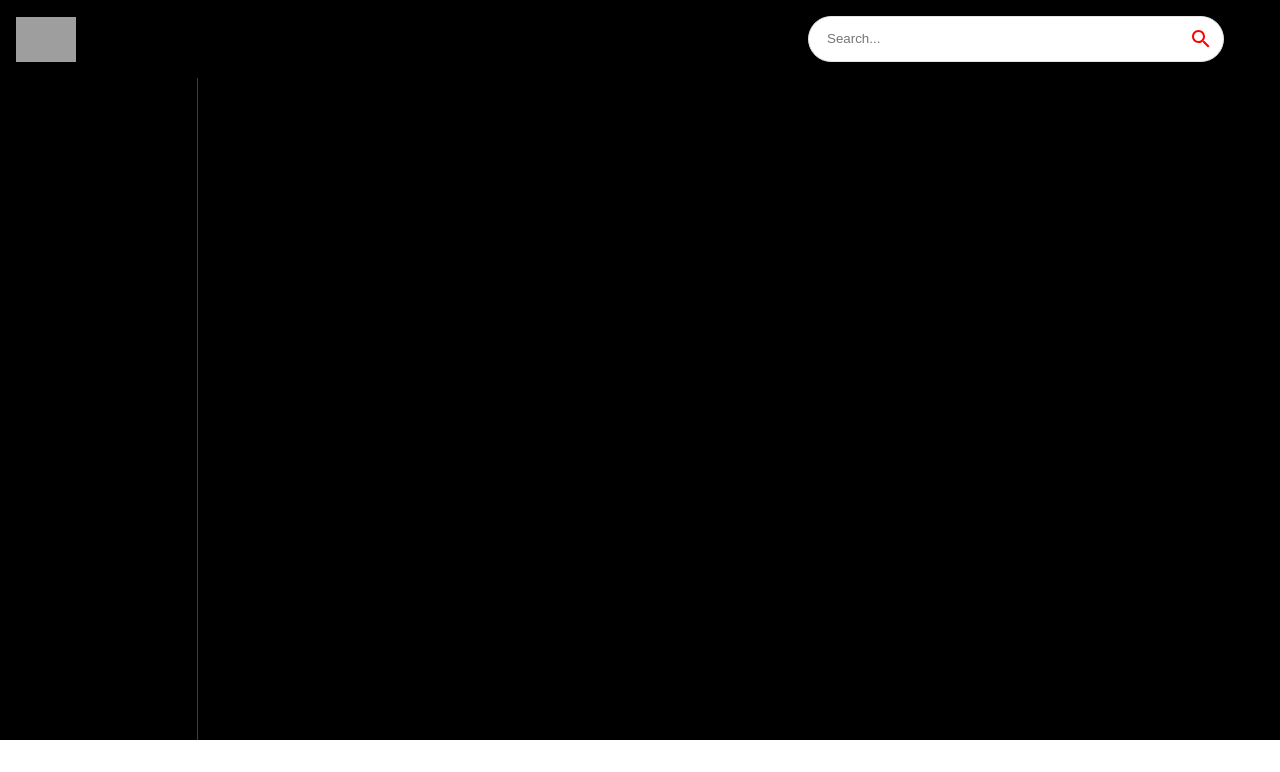
Repository: hieuhieu10/youtube_clone
Page: /
These files come from the project's save history. The page is drawn as it stood at one moment and after the next save; the edit follows.
The browser window is 1280 px wide. The pictures show the whole page.
Pictures or frames that could not be fetched are drawn as grey boxes. The project was rebuilt for these pictures with package versions that can differ from the ones it lists, and the page was loaded fresh each time. Also part of the build but not shown: src/components/ChannelDetail.jsx, src/components/VideoDetail.jsx, src/components/SearchFeed.jsx.

Above is the page before, as saved 2023-04-12 23:43:13.

After the next save:
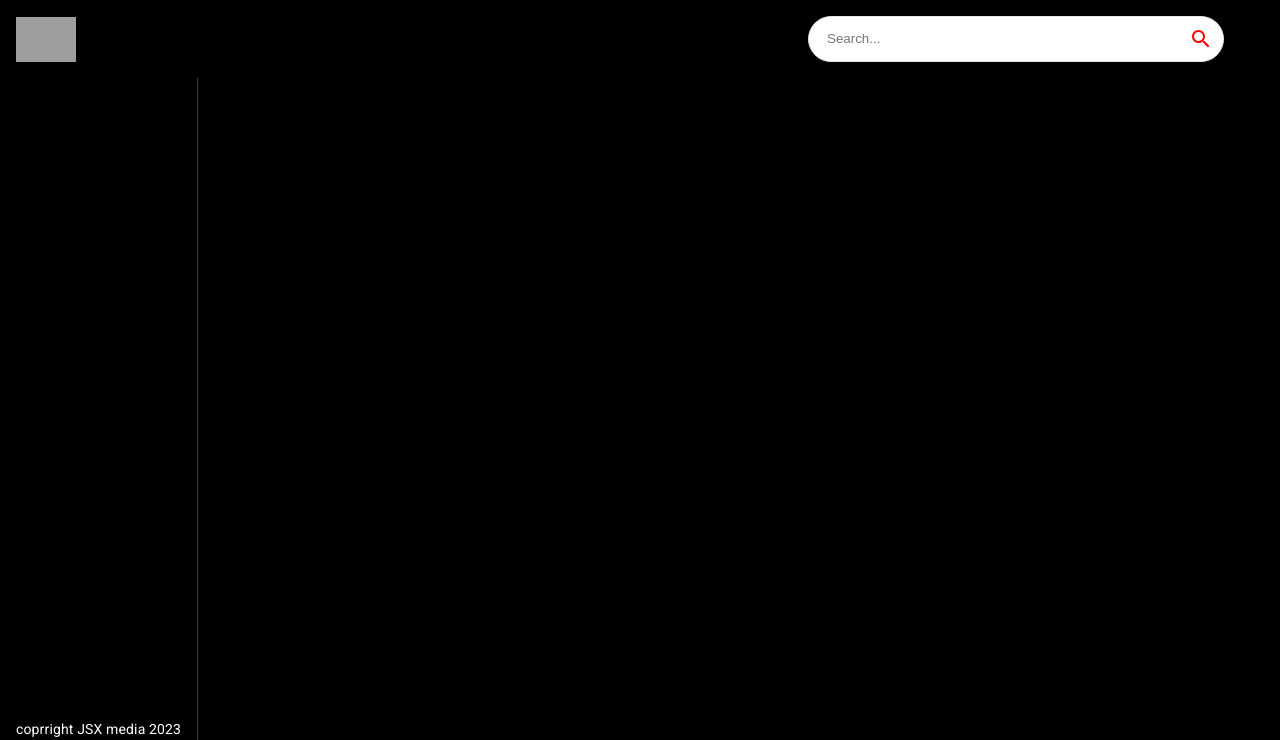
Saved 4 min 49 s later.
--- a/src/components/SideBar.jsx
+++ b/src/components/SideBar.jsx
@@ -1,9 +1,16 @@
 import { Stack } from "@mui/material"
 import { categories } from "../utils/constants"
+import { Category } from "@mui/icons-material"
 const SideBar = () => {
   return (
-    <Stack direction='row' sx={{overflow: 'auto', height: {sx: 'auto', md: '92vh'}}}>
+    <Stack direction='row' sx={{overflow: 'auto', height: {sx: 'auto', md: '95%'}, flexDirection: { md: 'column'}}}>
+        {categories.map((Category)=>{
+            <button>
+                <span>{Category.icon}</span>
+                <span>{Category.name}</span>
 
+            </button>
+        })}
     </Stack>
   )
 }
